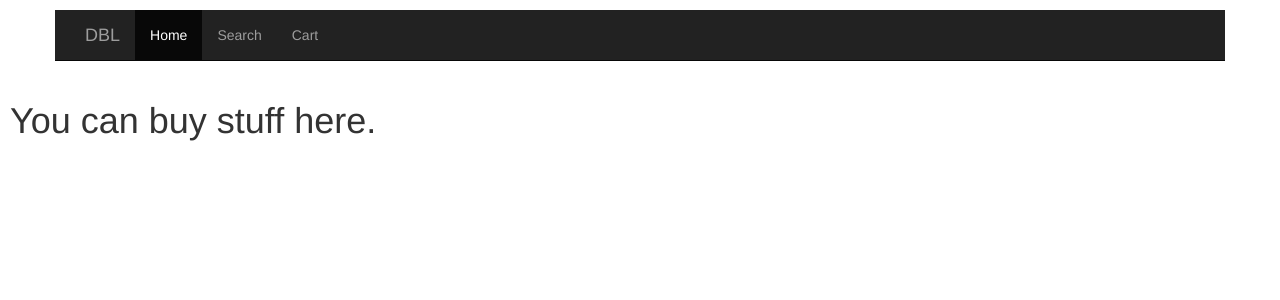
Repository: iancwwong/DigitalBibliographicalLibrary
Page: http://localhost/DigitalBibliographicLibrary/cart.jsp
An editor plug-in stored every save of this project. The page is shown before and after the next save, followed by the edit.
The browser window is 1280 px wide. The pictures show the whole page.
The page is served by Tomcat 9.

Above is the page before, as saved 2016-08-25 09:36:02.

After the next save:
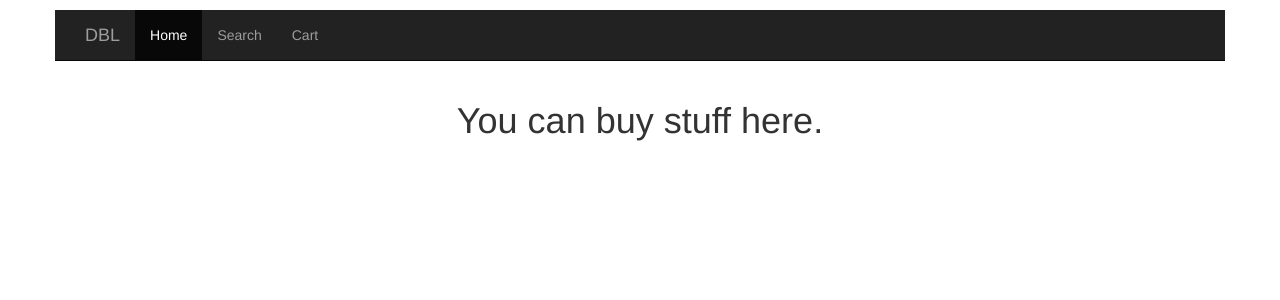
Saved 6 s later.
--- a/DigitalBibliographicLibrary/WebContent/cart.jsp
+++ b/DigitalBibliographicLibrary/WebContent/cart.jsp
@@ -26,7 +26,7 @@
 	<!-- Havbar -- >
 	<%@ include file="include/navbar.html"%>
 
-	<h1>You can buy stuff here.</h1>
+	<h1><center>You can buy stuff here.</h1>
 
     <!-- ========= Bootstrap Core Javascript =========== -->
     <!-- jQuery (necessary for Bootstrap's JavaScript plugins) -->
